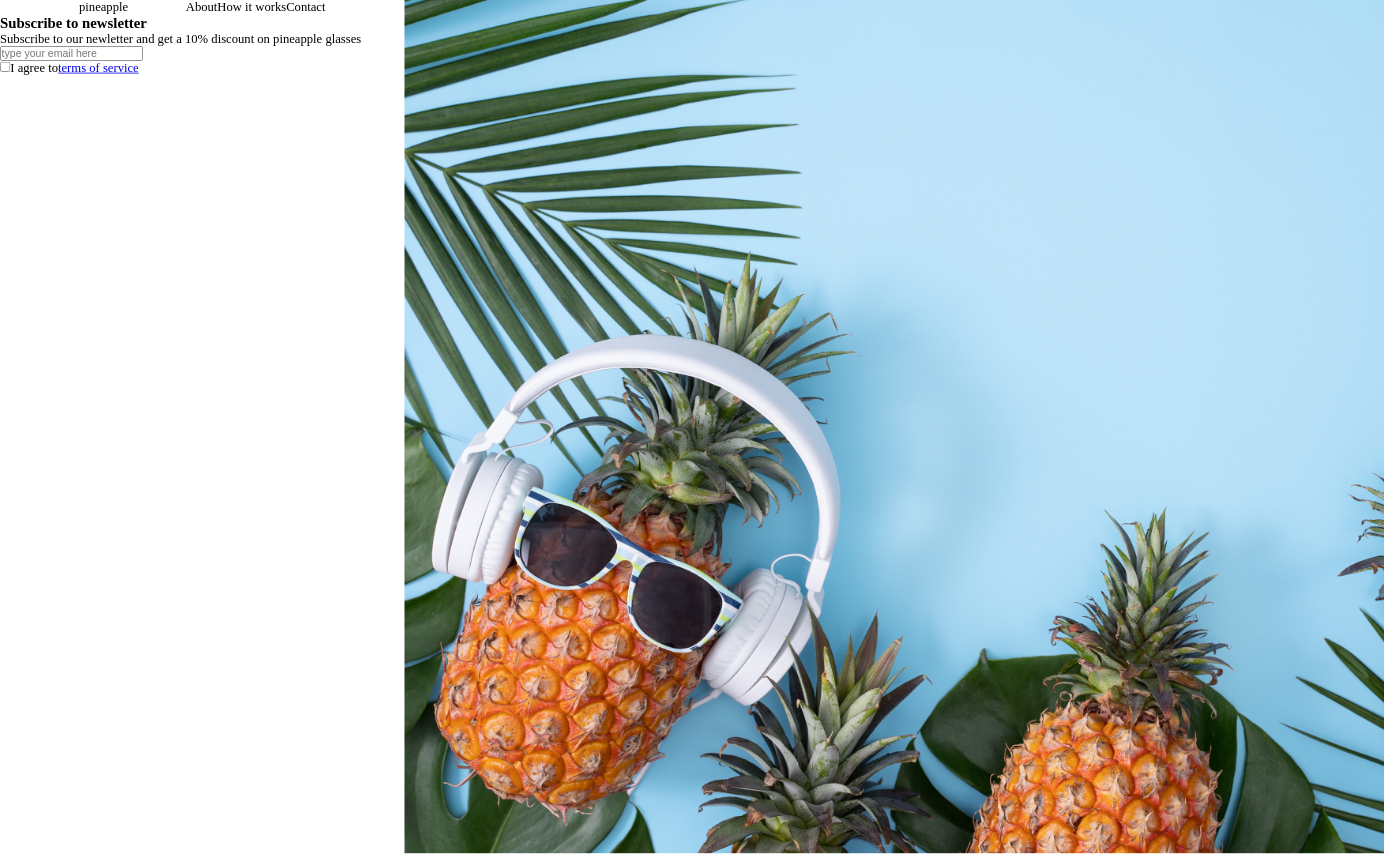
Repository: PaulsBebris/megabit-task
Page: /
An editor plug-in stored every save of this project. The page is shown before and after the next save, followed by the edit.
The browser window is 1280 px wide. The page is 1752 px wide, so the pictures cover 1752 px, including what lies to the right of the window. The pictures show the whole page, at 79% of full size.
The project was rebuilt for these pictures with package versions that can differ from the ones it lists, and the page was loaded fresh each time.

Above is the page before, as saved 2021-04-19 08:02:16.

### src/App.vue
<template>
  <div id="app">
    <!-- <div id="nav">
      <router-link to="/">Home</router-link> |
      <router-link to="/about">About</router-link>
    </div> -->
    <router-view/>
  </div>
</template>

<style lang="scss">
// normalize
* {
  padding: 0;
  margin: 0;
  box-sizing: border-box;
}

// #app {
//   font-family: Avenir, Helvetica, Arial, sans-serif;
//   -webkit-font-smoothing: antialiased;
//   -moz-osx-font-smoothing: grayscale;
//   text-align: center;
//   color: #2c3e50;
// }

// #nav {
//   padding: 30px;

//   a {
//     font-weight: bold;
//     color: #2c3e50;

//     &.router-link-exact-active {
//       color: #42b983;
//     }
//   }
// }
</style>

### src/router/index.js
import Vue from 'vue'
import VueRouter from 'vue-router'
import Home from '../views/Home.vue'

Vue.use(VueRouter)

const routes = [
  {
    path: '/',
    name: 'Home',
    component: Home
  }
]

const router = new VueRouter({
  routes
})

export default router

// {
// path: '/about',
// name: 'About',
// route level code-splitting
// this generates a separate chunk (about.[hash].js) for this route
// which is lazy-loaded when the route is visited.
// component: () => import(/* webpackChunkName: "about" */ '../views/About.vue')
// }

### src/views/Home.vue
<template>
  <div class="home">
    <div class="base">
      <div class="header-wrapper">
        <div class="logo">
          <img src="" alt="">
          <span>pineapple</span>
        </div>
        <div class="main-menu">
          <div>About</div>
          <div>How it works</div>
          <div>Contact</div>
        </div>
      </div>
      <div class="content-wrapper">
        <h3>Subscribe to newsletter</h3>
        <p>Subscribe to our newletter and get a 10% discount on pineapple glasses</p>
      </div>
      <div class="subscribe-form-wrapper">
        <input type="text" placeholder="type your email here" @click="onSubscribe" v-model="email" >
        <div class="submit-btn">
          <span></span>
        </div>
      </div>
      <div class="terms-of-use">
        <input type="checkbox" name="agreedOnTerms" id="">I agree to<a href="#">terms of service</a>
      </div>
      <div class="social-wrapper"></div>
    </div>
    <div class="base-image">
      <img :src=sommer alt="">
    </div>
  </div>
</template>

<script>
import sommer from '@/assets/img/sommer.png'

export default {
  name: 'Home',
  components: {},
  data () {
    return {
      sommer,
      email: ''
    }
  },
  methods: {
    onSubscribe () {
      // axios send data
    }
  }
}
</script>

<style lang="scss" scoped>
.home {
  display: grid;
  grid-template-columns: 3fr 1fr;
  grid-template-rows: 100vh;
  max-height: 1080px;
}
.base {
  width: 40vw;
  height: 1080px;
}
.base-image {
  width: 60vw;
}
.base-image img {
  max-height: 1080px;
}
.header-wrapper {
  display: flex;
  justify-content: space-between;
}
.logo {
  margin-left: 100px;
}
.main-menu {
  margin-right: 100px;
  display: flex;
}

// mobile
@media screen and (max-width: 1024px) {
  .base-image {
    display: none;
  }
  .base {
    width: 100vw;
    background-image: url('../assets/img/sommer.png');
    background-repeat: no-repeat;
    background-position: center;
    background-attachment: fixed;
    background-size: cover;
    max-height: 746px;
  }
}
</style>

Loaded but not shown: public/index.html (common file); src/main.js (common file); src/store/index.js (common file)

After the next save:
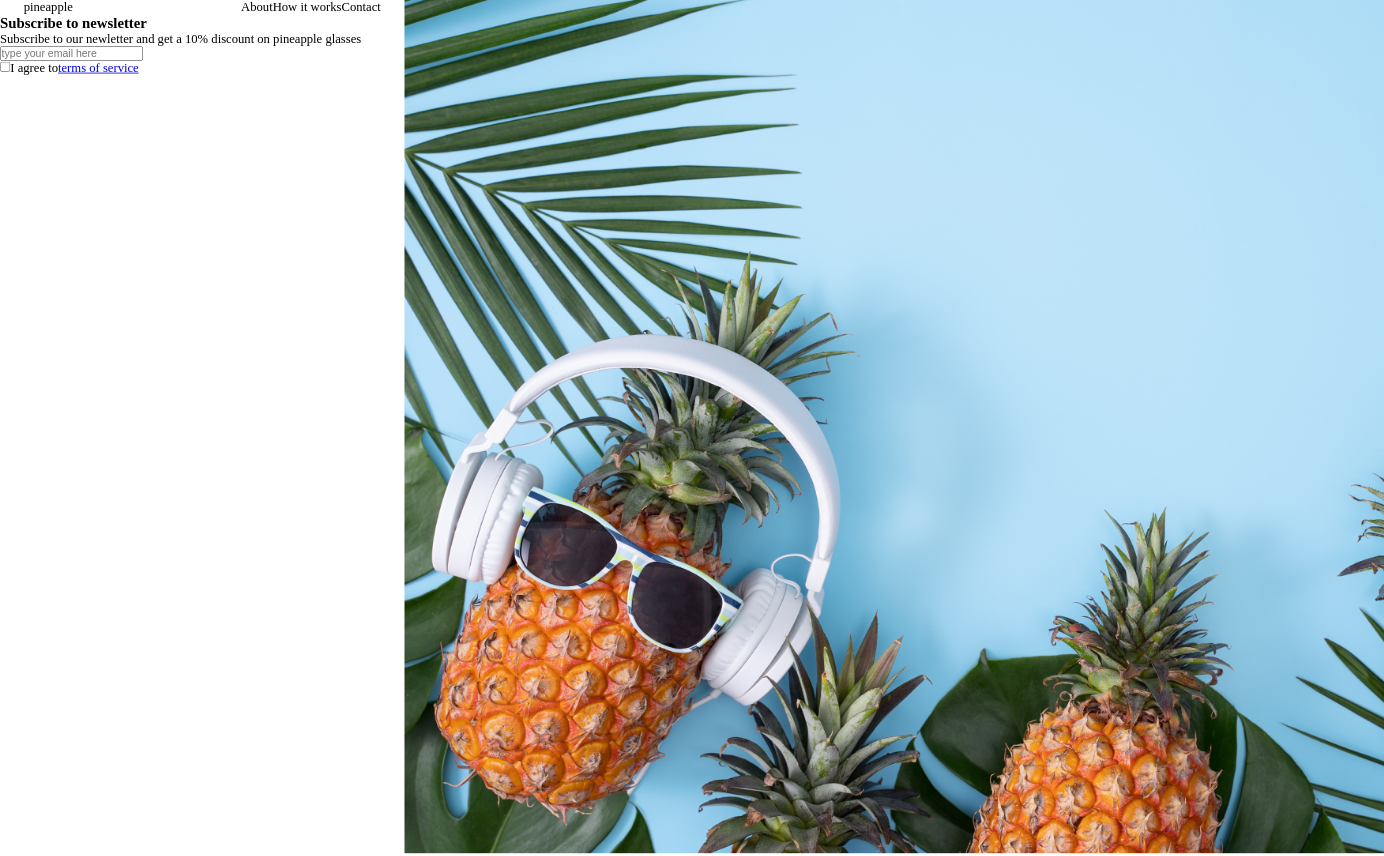
Saved 21 s later.
--- a/src/views/Home.vue
+++ b/src/views/Home.vue
@@ -75,10 +75,10 @@ export default {
   justify-content: space-between;
 }
 .logo {
-  margin-left: 100px;
+  margin-left: 30px;
 }
 .main-menu {
-  margin-right: 100px;
+  margin-right: 30px;
   display: flex;
 }
 
